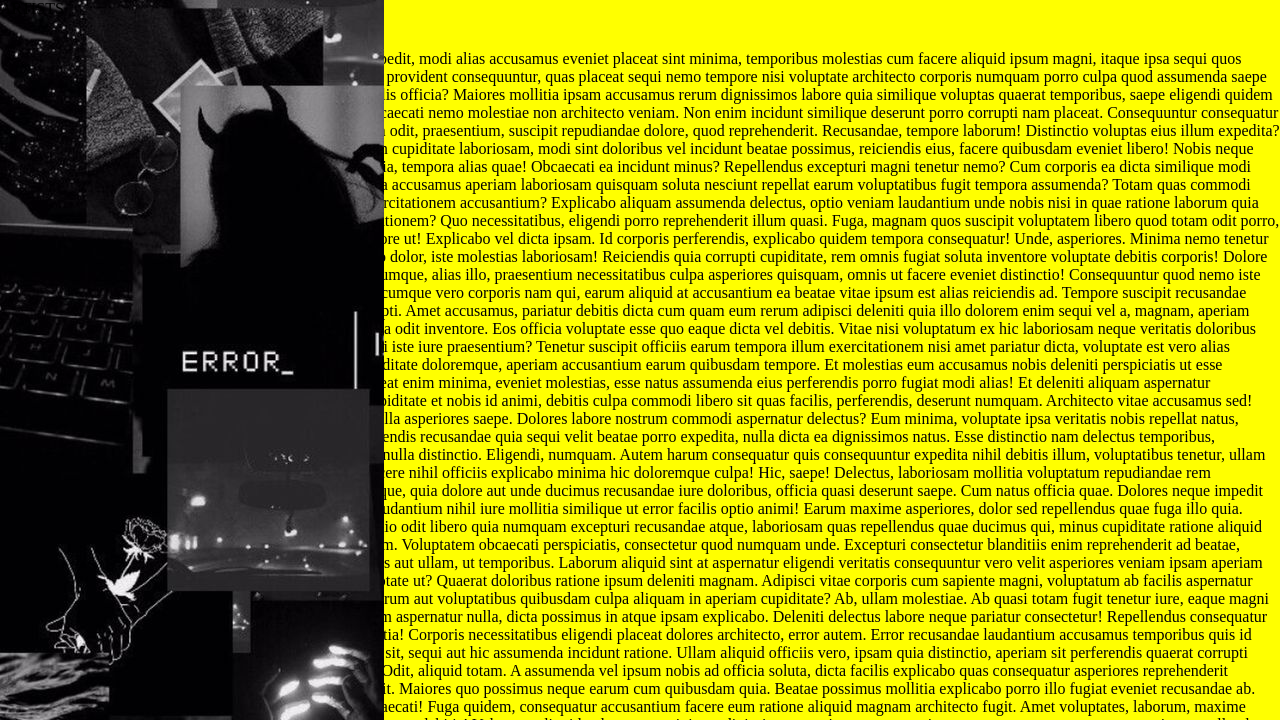
Repository: prathyushaa5/artgallery
Page: index/artists.html
An editor plug-in stored every save of this project. The page is shown before and after the next save, followed by the edit.
The browser window is 1280 px wide. The pictures show the whole page.
An inner scrolling area shows only its first screen.

Above is the page before, as saved 2023-11-20 21:43:35.

After the next save:
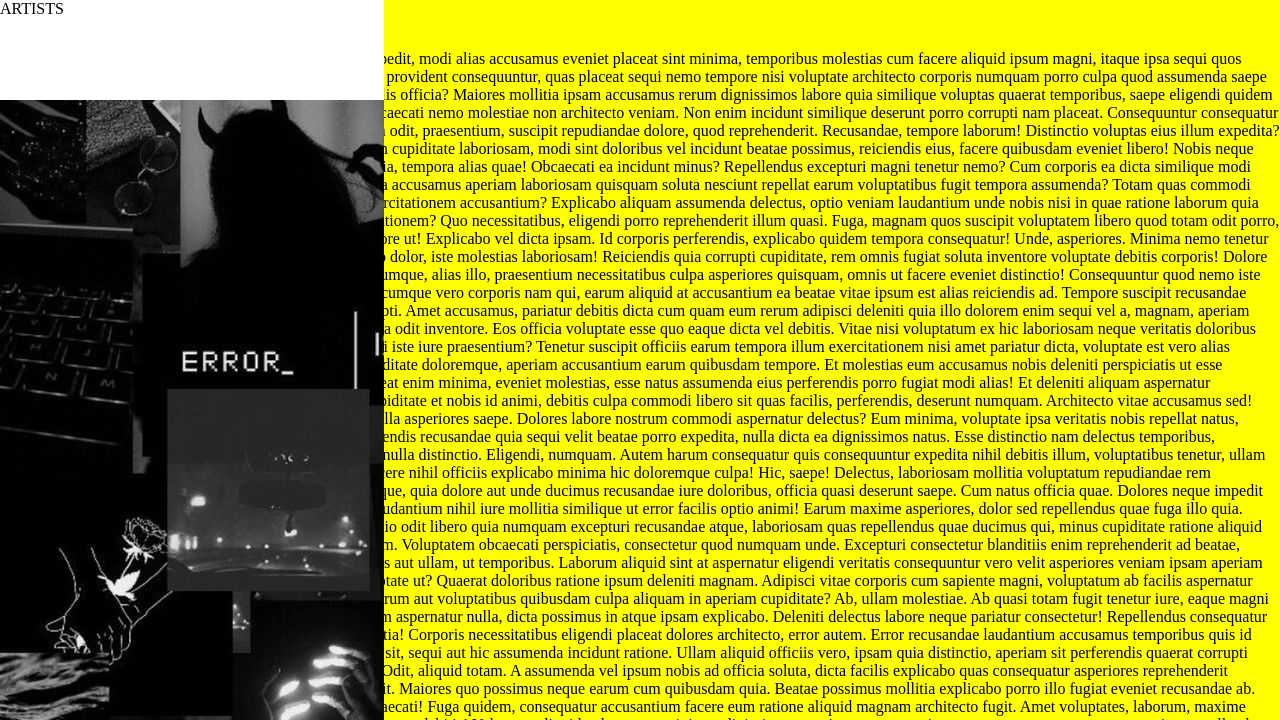
Saved 16 s later.
--- a/index/artists.html
+++ b/index/artists.html
@@ -37,7 +37,7 @@ body{
 </style>
 <body>
 <div id="part1">
-   <div>ARTISTS</div>
+   <div id="artists">ARTISTS</div>
 </div>
 <div id="part2">
     <p>this is part2</p>
